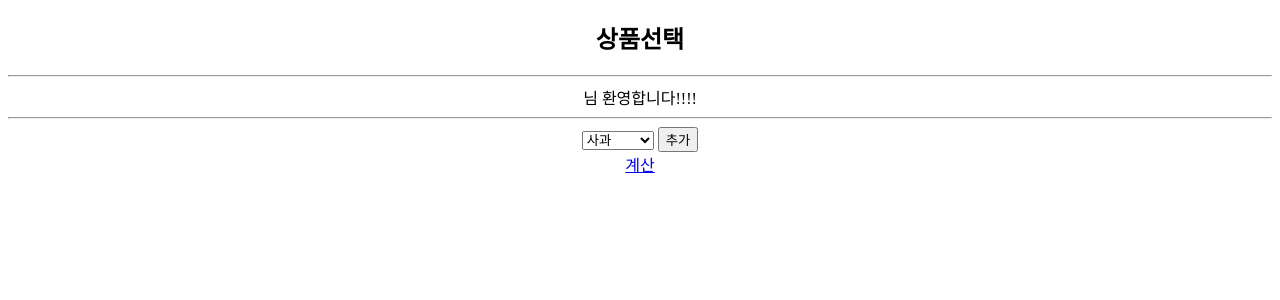
Repository: RyuJelly/211
Page: http://localhost/JSP/mission01/selProduct.jsp
The author's editor kept a copy of each file at every save. The page is drawn from the files as they stood at one save, then again after the next save.
The browser window is 1280 px wide. The pictures show the whole page.
The page is served by Tomcat 9. Other server files are loaded and not shown.

Above is the page before, as saved 2021-03-29 03:33:18.

### jsp_work/JSP/WebContent/mission01/selProduct.jsp
<%@ page language="java" contentType="text/html; charset=UTF-8" pageEncoding="UTF-8" import="java.util.*"%>
<%
	request.setCharacterEncoding("utf-8");
	String username = request.getParameter("username");
	session.setAttribute("username", username);
%>

<!DOCTYPE html PUBLIC "-//W3C//DTD HTML 4.01 Transitional//EN" "http://www.w3.org/TR/html4/loose.dtd">
<HTML>
<HEAD>
<title>ch06 : selProduct.jsp</title>
</head>

<body>
<div align="center">
	<H2>상품선택</H2>
	<HR>
	${username } 님 환영합니다!!!!
	<HR>
	<form name="form1" method="POST" action="add.jsp">
		<SELECT name="product">
			<option>사과</option>
			<option>귤</option>
			<option>파인애플</option>
			<option>자몽</option>
			<option>레몬</option>
		</SELECT>
		<input type="submit" value="추가"/>
	</form>
	<a href="checkOut.jsp">계산</a>
</div>
</body>
</html>

After the next save:
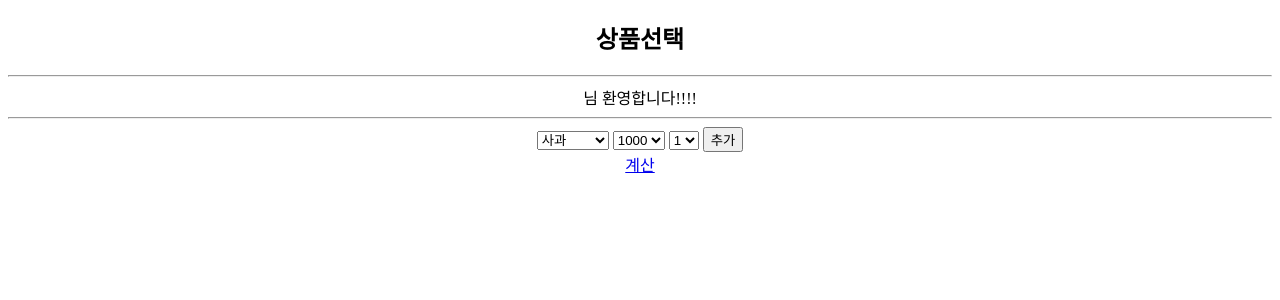
Saved 82 min 34 s later.
--- a/jsp_work/JSP/WebContent/mission01/selProduct.jsp
+++ b/jsp_work/JSP/WebContent/mission01/selProduct.jsp
@@ -25,6 +25,17 @@
 			<option>자몽</option>
 			<option>레몬</option>
 		</SELECT>
+		<SELECT name="price">
+			<option>1000</option>
+			<option>2000</option>
+		</SELECT>
+		<SELECT name="amount">
+			<option>1</option>
+			<option>2</option>
+			<option>3</option>
+			<option>4</option>
+			<option>5</option>
+		</SELECT>
 		<input type="submit" value="추가"/>
 	</form>
 	<a href="checkOut.jsp">계산</a>
